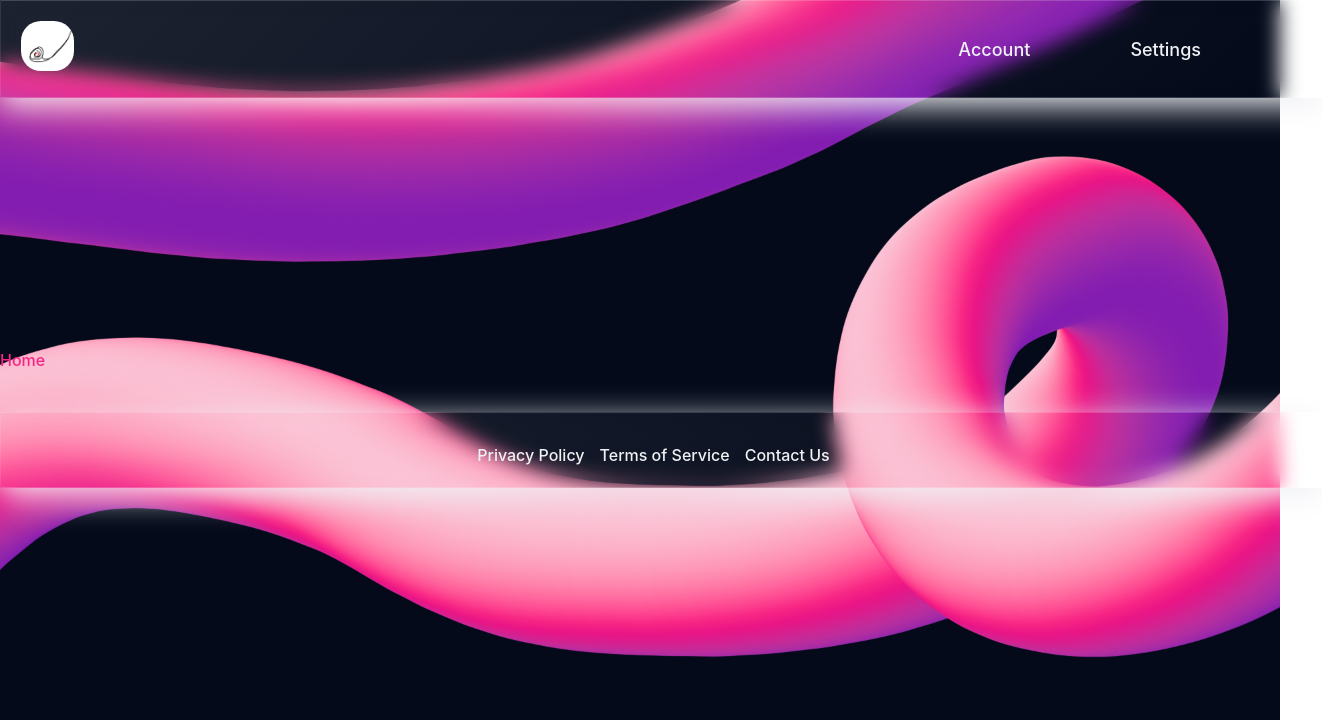
Repository: Jennica1/Front-end-project
Page: /feed (app in react/)
These files come from the project's save history. The page is drawn as it stood at one moment and after the next save; the edit follows.
The browser window is 1280 px wide. The page is 1322 px wide, then 1280 px, then 1322 px, so the pictures cover 1322 px, including what lies to the right of the window. The pictures show the whole page.
The page's requests for data from a server got no answer. The project was rebuilt for these pictures with package versions that can differ from the ones it lists, and the page was loaded fresh each time. No one was signed in, and anything a server would have sent is missing. Also part of the build but not shown: react/vite.config.js, react/src/pages/styles/Home.css, react/src/Components/Button/Button.css, react/src/Components/Button/Button.jsx, react/src/Components/Sidebar/Sidebar.css, react/src/Components/Sidebar/Sidebar.jsx, react/src/Components/Card/Card.css, react/src/Components/Card/Card.jsx and 18 more.

Above is the page before, as saved 2024-11-30 17:58:10.

### react/src/App.jsx
import React from "react";
import { BrowserRouter as Router, Route, Routes } from "react-router-dom";
import Header from "./Components/Header/Header";
import Footer from "./Components/Footer/Footer";
import Home from "./pages/Home";
import Explore from "./pages/Explore";
import Account from "./pages/Account";
import Settings from "./pages/Settings";
import Privacy from "./pages/Privacy";
import Contact from "./pages/Contact";
import Terms from "./pages/Terms";
import PlaylistPage from "./Components/PlaylistPage/PlaylistPage"; // Import PlaylistPage
import Feed from "./pages/Feed";

const App = () => {
  return (
    <Router>
      <Header />
      <main>
        <Routes>
          <Route path="/" element={<Home />} />
          <Route path="/explore" element={<Explore />} />
          <Route path="/account" element={<Account />} />
          <Route path="/settings" element={<Settings />} />
          <Route path="/privacy" element={<Privacy />} />
          <Route path="/terms" element={<Terms />} />
          <Route path="/contact" element={<Contact />} />
          <Route path="/playlist/:name" element={<PlaylistPage />} />{" "}
          <Route path="/feed" element={<Feed />} />
        </Routes>
      </main>
      <Footer />
    </Router>
  );
};

export default App;

### react/src/Components/Header/Header.jsx
import React from 'react';
import { Link } from 'react-router-dom';
import './Header.css';

const Header = () => {
    return (
        <header className="header">
            <div className="header-container">
            <Link to="/">
                <img src="./images/logo.png" alt="Logo" className="logo" />
            </Link>
                <nav>
                    <ul className="nav-list">
                        <li className="nav-item"><Link to="/account">Account</Link></li>
                        <li className="nav-item"><Link to="/settings">Settings</Link></li>
                    </ul>
                </nav>
            </div>
        </header>
    );
};

export default Header;

### react/src/Components/Footer/Footer.jsx
import React from 'react';
import { Link } from 'react-router-dom';
import './Footer.css';

const Footer = () => {
    return (
        <footer className="footer">
            <nav>
                <ul className="footer-list">
                    <li className="footer-item"><Link to="/privacy">Privacy Policy</Link></li>
                    <li className="footer-item"><Link to="/terms">Terms of Service</Link></li>
                    <li className="footer-item"><Link to="/contact">Contact Us</Link></li>
                </ul>
            </nav>
        </footer>
    );
};

export default Footer;

### react/src/pages/Feed.jsx
import React from "react";
import { useEffect, useReducer } from "react";
import PostList from "../Components/Feed/PostList";
import { AppContext, appReducer } from "../Components/Feed/appContext";
import { Link, Outlet } from "react-router-dom";

const Feed = () => {
  const [posts, dispatch] = useReducer(appReducer, []);

  function getComments(comments, post) {
    return comments.filter((comment) => comment.postId == post.id);
  }

  useEffect(() => {
    async function fetchPosts() {
      try {
        const [postsResp, commentsResp] = await Promise.all([
          fetch("https://jsonplaceholder.typicode.com/posts"),
          fetch("https://jsonplaceholder.typicode.com/comments"),
        ]);

        let posts = await postsResp.json();
        const comments = await commentsResp.json();
        posts = posts.map((post) => ({
          ...post,
          comments: getComments(comments, post),
        }));
        // setPosts(posts);
        dispatch({
          type: "load_posts",
          payload: posts,
        });
      } catch (e) {
        console.error(e.message);
      }
    }

    fetchPosts();
  }, []);

  return (
    <>
      <div className="App">
        <Link to="/">Home</Link>
        {/* <AppContext.Provider value={{
        posts,
        dispatch,
      }}> */}
        <Outlet context={{ posts, dispatch }} />
        {/* </AppContext.Provider> */}
      </div>
    </>
  );
};

export default Feed;

### react/src/Components/Header/Header.css
.header {
    background: linear-gradient(135deg, var(--transparentDarkGray), var(--transparentBlack));
    backdrop-filter: blur(10px);
    border: 1px solid var(--transparentBlack18);
    box-shadow: 0 8px 32px 0;
    padding: 20px;
    position: absolute;
    width: 100%;
    top: 0;
    left: 0;
}

.header-container {
    display: flex;
    align-items: center;
    justify-content: space-between;
    width: 100%;
}

.logo {
    height: 50px;
    border-radius: 20px;
}

.nav-list {
    display: flex;
    list-style-type: none;
    padding: 0;
    margin: 0;
}

.nav-item {
    margin-right: 100px;
}

.nav-item a {
    color: var(--color-light);
    text-decoration: none;
    font-size: 18px;
}

.nav-item a:hover {
    text-decoration: underline;
    color: var(--color-light);
}

### react/src/Components/Footer/Footer.css
.footer {
    background: linear-gradient(135deg,var(--transparentDarkGray),var(--transparentBlack));
    backdrop-filter: blur(10px);
    border:1px solid var(--transparentBlack18);
    box-shadow:0 8px 32px 0;
    color: var(--color-light);
    padding: 20px;
    text-align: center;
    position: absolute;
    left: 0;
    width: 100%;
    margin-top: 40px;
}

.footer-content {
    display: flex;
    flex-direction: column;
    align-items: center;
}

.footer-list {
    list-style-type: none;
    padding: 0;
    margin: 10px 0 0 0;
}

.footer-list .footer-item {
    display: inline;
    margin-right: 15px;
}

.footer-item a {
    color: var(--color-light);
    text-decoration: none;
}

.footer-item a:hover {
    text-decoration: underline;
    color: var(--color-light);
}

Loaded but not shown: react/index.html (common file); react/src/main.jsx (common file); react/src/index.css (common file); react/src/Components/Feed/appContext.js (no stored copy; drawn as an empty file)

After the next save:
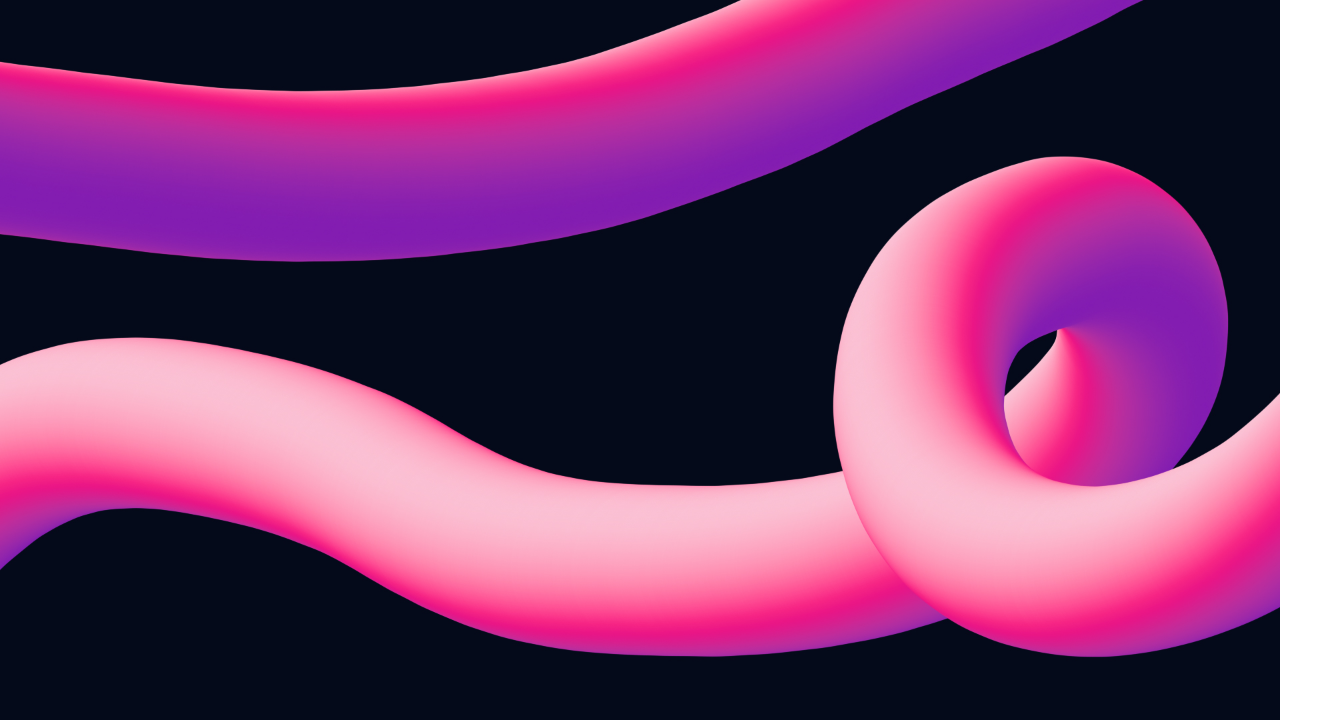
Console error: ReferenceError: appReducer is not defined
Saved 24 s later.
--- a/react/src/pages/Feed.jsx
+++ b/react/src/pages/Feed.jsx
@@ -1,7 +1,6 @@
 import React from "react";
 import { useEffect, useReducer } from "react";
-import PostList from "../Components/Feed/PostList";
-import { AppContext, appReducer } from "../Components/Feed/appContext";
+
 import { Link, Outlet } from "react-router-dom";
 
 const Feed = () => {

After the 2 saves that followed:
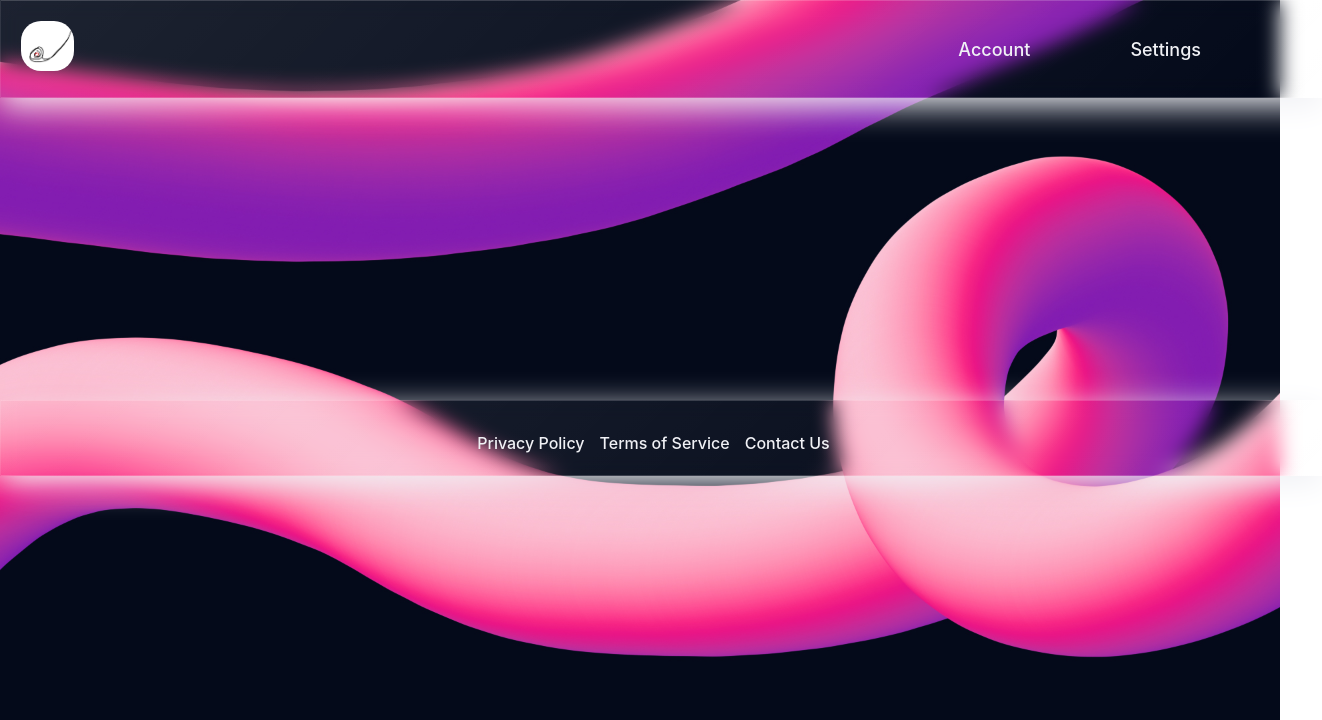
The error is gone.
The 2 saves are shown as one change because they came seconds apart.
The last was saved 12 s later.
--- a/react/src/pages/Feed.jsx
+++ b/react/src/pages/Feed.jsx
@@ -1,55 +1,10 @@
-import React from "react";
-import { useEffect, useReducer } from "react";
-
-import { Link, Outlet } from "react-router-dom";
+import React from "react"
 
 const Feed = () => {
-  const [posts, dispatch] = useReducer(appReducer, []);
-
-  function getComments(comments, post) {
-    return comments.filter((comment) => comment.postId == post.id);
-  }
-
-  useEffect(() => {
-    async function fetchPosts() {
-      try {
-        const [postsResp, commentsResp] = await Promise.all([
-          fetch("https://jsonplaceholder.typicode.com/posts"),
-          fetch("https://jsonplaceholder.typicode.com/comments"),
-        ]);
-
-        let posts = await postsResp.json();
-        const comments = await commentsResp.json();
-        posts = posts.map((post) => ({
-          ...post,
-          comments: getComments(comments, post),
-        }));
-        // setPosts(posts);
-        dispatch({
-          type: "load_posts",
-          payload: posts,
-        });
-      } catch (e) {
-        console.error(e.message);
-      }
-    }
-
-    fetchPosts();
-  }, []);
-
-  return (
-    <>
-      <div className="App">
-        <Link to="/">Home</Link>
-        {/* <AppContext.Provider value={{
-        posts,
-        dispatch,
-      }}> */}
-        <Outlet context={{ posts, dispatch }} />
-        {/* </AppContext.Provider> */}
-      </div>
-    </>
-  );
-};
+    return (
+        <>
+        </>
+    )
+}
 
 export default Feed;
